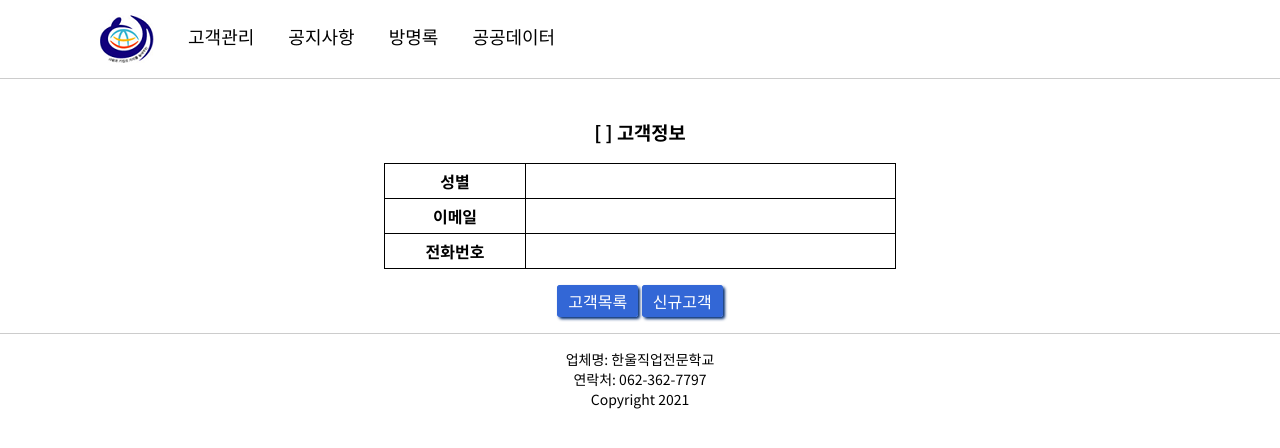
Repository: JSY93/spring-web
Page: http://localhost/iot/WEB-INF/views/customer/detail.jsp
The author's editor kept a copy of each file at every save. The page is drawn from the files as they stood at one save, then again after the next save.
The browser window is 1280 px wide. The pictures show the whole page.
The page is served by Tomcat 9. Nobody is signed in. The template is opened directly, without the code that normally fills it, so the values that code supplies are empty.

Above is the page before, as saved 2021-01-12 06:37:09.

After the next save:
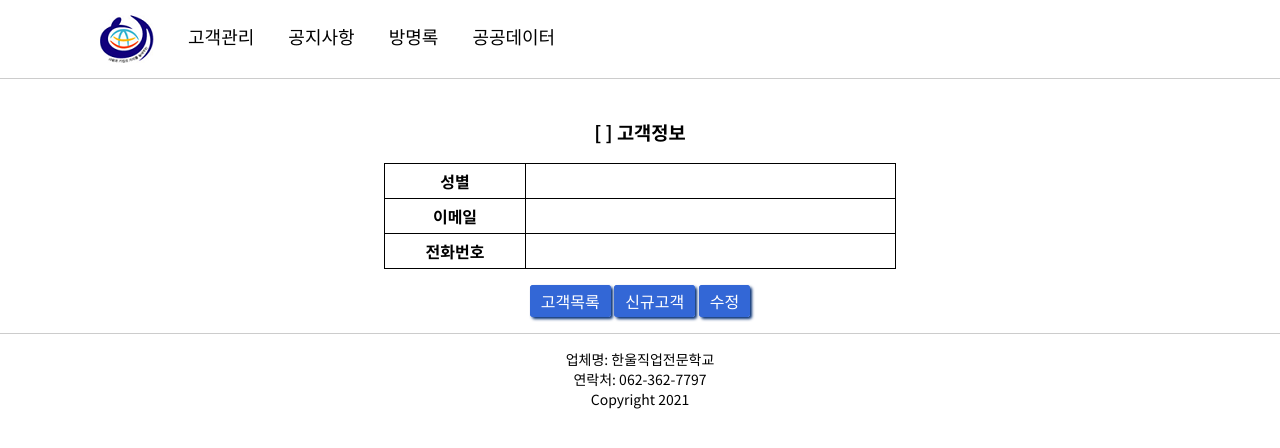
Saved 71 s later.
--- a/Study_Spring/iot/src/main/webapp/WEB-INF/views/customer/detail.jsp
+++ b/Study_Spring/iot/src/main/webapp/WEB-INF/views/customer/detail.jsp
@@ -24,6 +24,7 @@
 <div class='btnSet'>
 	<a class='btn-fill' href='list.cu'>고객목록</a>
 	<a class='btn-fill' href='new.cu'>신규고객</a>
+	<a class='btn-fill' href='modify.cu'>수정</a>
 </div>
 
 </div>
